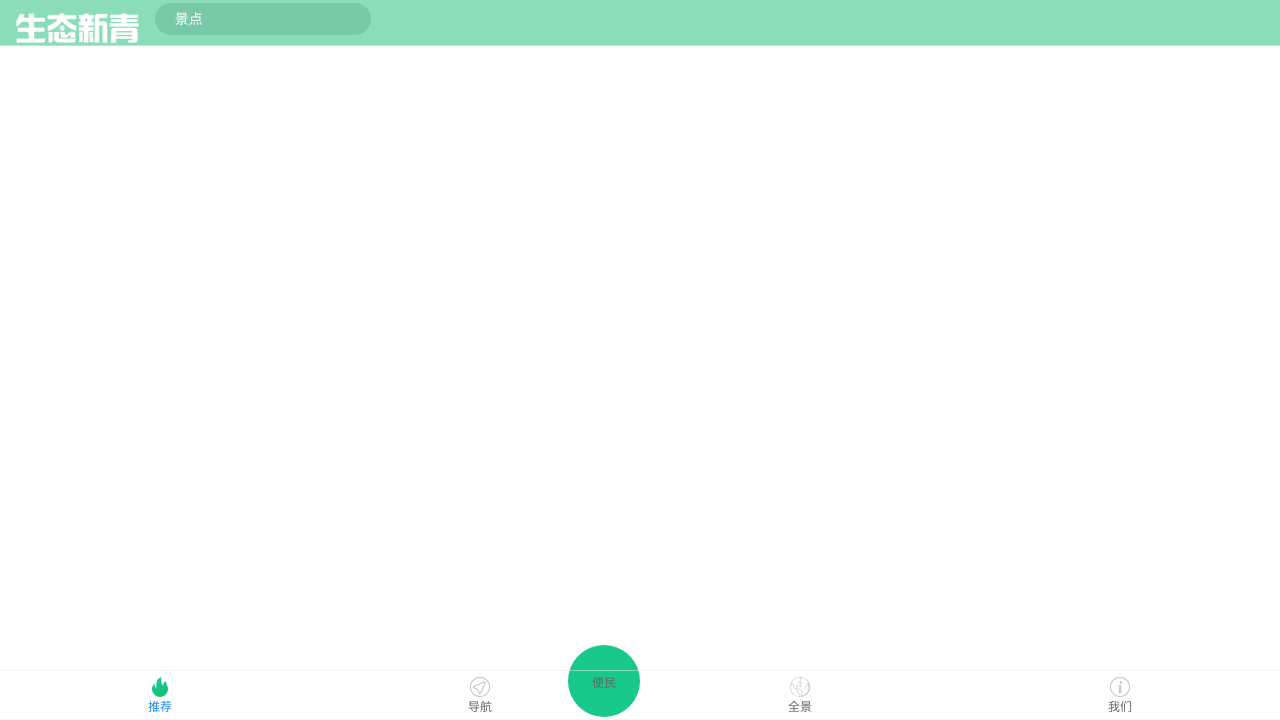
Repository: huye123/stcq
Page: /
These files come from the project's save history. The page is drawn as it stood at one moment and after the next save; the edit follows.
The browser window is 1280 px wide. The pictures show the whole page.
The project was rebuilt for these pictures with package versions that can differ from the ones it lists, and the page was loaded fresh each time. Also part of the build but not shown: src/components/search.vue.

Above is the page before, as saved 2019-06-28 16:34:53.

### index.html
<!DOCTYPE html>
<html>
  <head>
    <meta charset="utf-8">
    <meta name="viewport" content="width=device-width,initial-scale=1.0">
    <title>stcqapp</title>
  </head>
  <body>
    <div id="app"></div>
    <!-- built files will be auto injected -->
  </body>
</html>

### src/main.js
// The Vue build version to load with the `import` command
// (runtime-only or standalone) has been set in webpack.base.conf with an alias.
import Vue from 'vue'
import App from './App'
import router from './router'
import Vant from 'vant';
import 'vant/lib/index.css';
Vue.use(Vant)

Vue.config.productionTip = false

// require('src\style\index.less')
/* eslint-disable no-new */
new Vue({
  el: '#app',
  router,
  components: { App },
  template: '<App/>'
})

### src/App.vue
<template>
  <div id="app">
     <router-view/>
  <van-tabbar v-model="active">
  <van-tabbar-item >
    <span>推荐</span>
    <img
      slot="icon"
      slot-scope="props"
      :src="props.active ? icon.active : icon.normal"
    >
  </van-tabbar-item>
  <van-tabbar-item >
    <span>导航</span>
    <img
      slot="icon"
      slot-scope="search"
      :src="search.active ? icon.active1 : icon.navigation"
    >
  </van-tabbar-item>
  <van-tabbar-item  class="bianmin">
    <span>便民</span>
  </van-tabbar-item>
  <van-tabbar-item >
    <span>全景</span>
    <img
      slot="icon"
      slot-scope="panorama"
      :src="panorama.active ? icon.active3 : icon.panorama"
    >
  </van-tabbar-item>
  <van-tabbar-item >
    <span>我们</span>
    <img
      slot="icon"
      slot-scope="user"
      :src="user.active ? icon.active4 : icon.user"
    >
  </van-tabbar-item>
  <!-- <van-tabbar-item icon="search">标签</van-tabbar-item>
  <van-tabbar-item icon="setting-o">标签</van-tabbar-item>
  <van-tabbar-item icon="search">标签</van-tabbar-item> -->
</van-tabbar>
  </div>
</template>

<script>
export default {
  name: 'App',
  data() {
    return {
      active: 0,
      icon: {
        normal: 'static/image/tuijian-n.png',
        active: 'static/image/tuijian-s.png',
        navigation: 'static/image/daolan-n.png',
        active1: 'static/image/daolan-s.png',
        panorama: 'static/image/quanjing-n.png',
        active3: 'static/image/quanjing-s.png',
        user: 'static/image/women-n.png',
        active4: 'static/image/women-s.png'
      },
      //  iconNav: {
      //   normal: 'static/image/daolan-n.png',
      //   active: 'static/image/daolan-s.png'
      // }
    }
  },
}
</script>

<style>
#app {
  font-family: 'Avenir', Helvetica, Arial, sans-serif;
  -webkit-font-smoothing: antialiased;
  -moz-osx-font-smoothing: grayscale;
  text-align: center;
  color: #2c3e50;
  margin-top: 60px;
}
.bianmin{
      background: #18c98a;
    border-radius: 50%;
    /* width: 100%; */
    height: 72px;
    width: 72px;
    position: absolute;
    top: -50%;
    left: calc(50% - 72px);

}
</style>

### src/router/index.js
import Vue from 'vue'
import Router from 'vue-router'
import HelloWorld from '@/components/HelloWorld'
import Search from '@/components/search'

Vue.use(Router)

export default new Router({
  routes: [
    {
      path: '/',
      name: 'HelloWorld',
      component: HelloWorld
    },
    {
      path: '@/components/search',
      name: 'search',
      meta: {
       title: '搜索',
      },
     }

  ]
})

### src/components/HelloWorld.vue
<template>
  <div class="hello">
    <van-nav-bar fixed class="index">
      <div slot="left">
        <!-- <span class="title">生态新青</span> -->
        <van-col span="8" class="logo">
          <img src="../../static/image/logo.png" alt="">
        </van-col>
        <router-link :to="{ name: '搜索'}">
          <van-col span="14" class="indexBtn" :offset="1">
            <button>景点</button>
          </van-col>
        </router-link>
      </div>
  <!-- <van-icon name="search" slot="right" /> -->
</van-nav-bar>
  </div>
</template>

<script>
export default {
  name: 'HelloWorld',
  data () {
    return {

    }
  }
}
</script>

<!-- Add "scoped" attribute to limit CSS to this component only -->

<style scoped>
 .index{
   background-color: rgba(25, 186, 117, 0.5);
   /* opacity: 0.5; */

 }
  .logo img{
     width: 100%;
      display: block;
      margin-top: 10px;

   }
   .indexBtn button{
     background-color:  rgba(105, 184, 153, 0.5);
     border: 0px;
     width: 100%;
     border-radius: 25px;
     line-height: 30px;
     color: #fff;
     text-align: left;
     padding-left: 20px;
   }

</style>

After the next save:
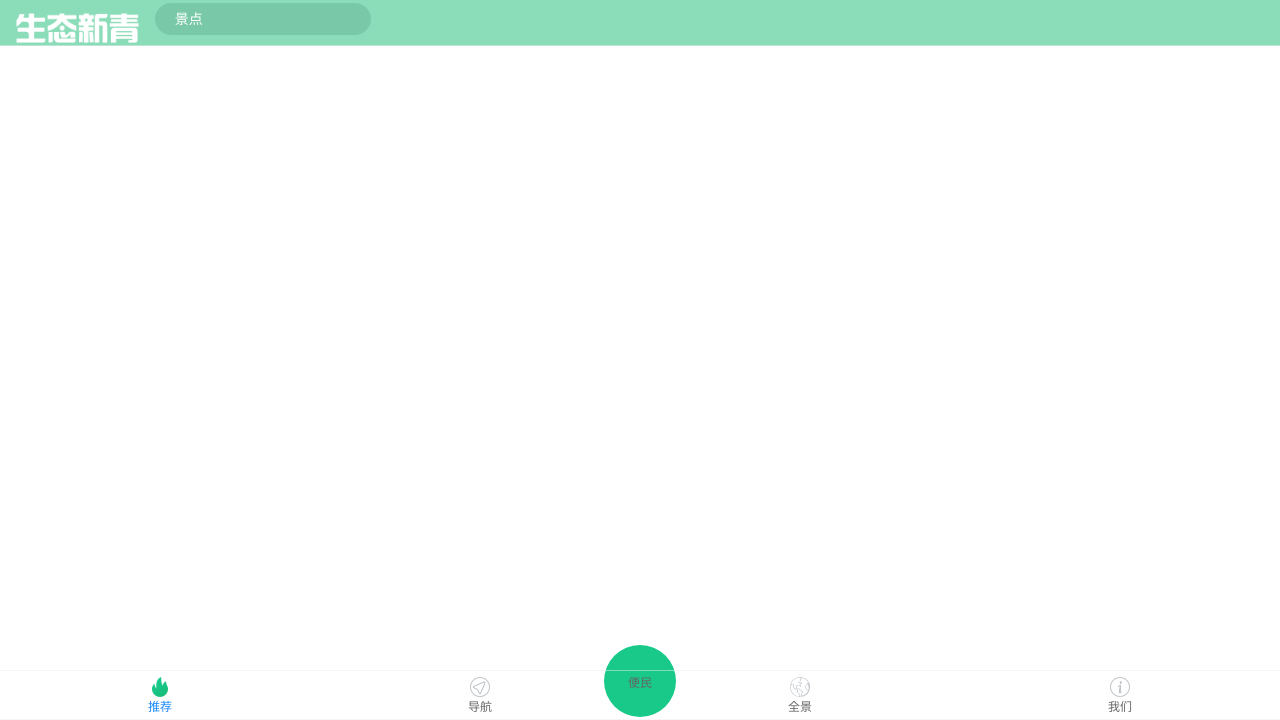
Saved 20 s later.
--- a/src/App.vue
+++ b/src/App.vue
@@ -86,7 +86,7 @@ export default {
     width: 72px;
     position: absolute;
     top: -50%;
-    left: calc(50% - 72px);
+    left: calc(50% - 36px);
 
 }
 </style>
